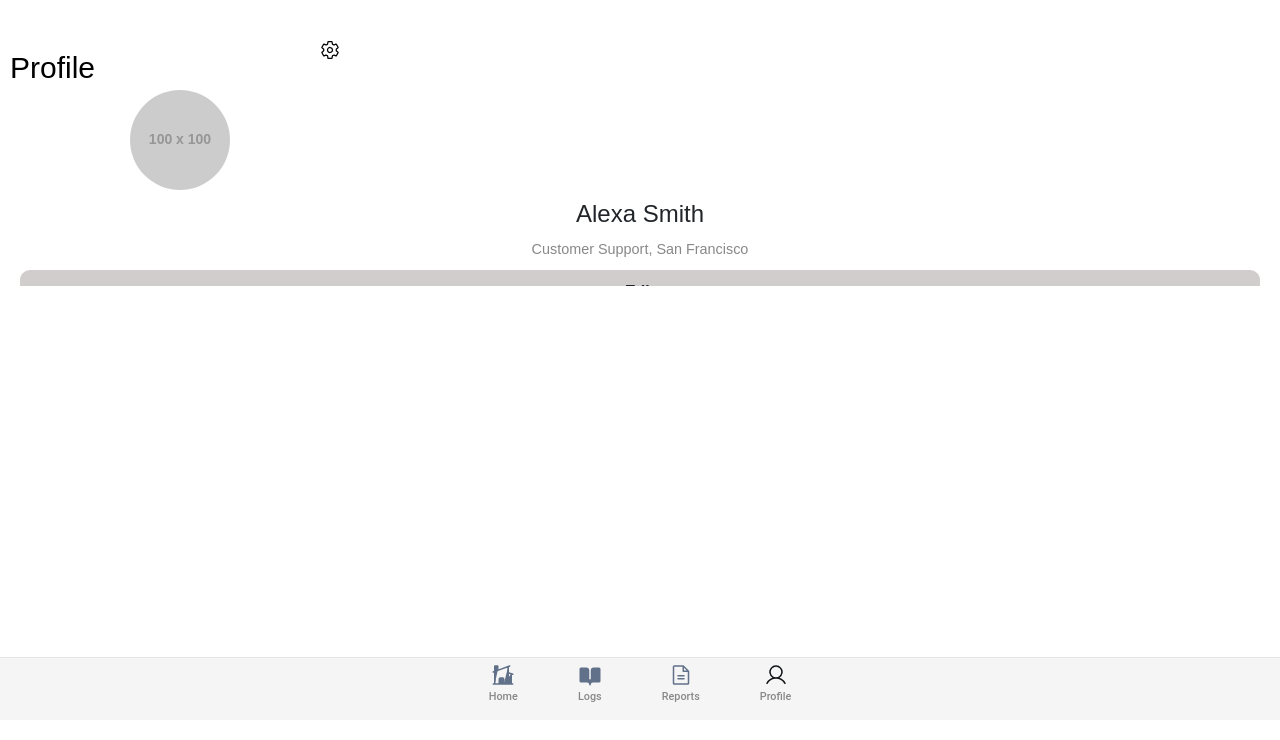
Repository: shash0708/GMR-Lines
Page: /profile (app in frontend/)
The author's editor kept a copy of each file at every save. The page is drawn from the files as they stood at one save, then again after the next save.
The browser window is 1280 px wide. The pictures show the whole page.
The page's requests for data from a server got no answer. Some web libraries are served in a nearby version. The project was rebuilt for these pictures with package versions that can differ from the ones it lists, and the page was loaded fresh each time. No one was signed in, and anything a server would have sent is missing. Also part of the build but not shown: frontend/src/components/Home/Car.css, frontend/src/components/Home/Car.jsx, frontend/src/components/hooks/useDocumentTitle.js, frontend/src/components/Home/Home.css, frontend/src/components/Home/Home.component.jsx, frontend/src/components/Form/Form.component.jsx, frontend/src/components/Card/Card.jsx, frontend/src/components/Card/Card.css and 10 more.

Above is the page before, as saved 2024-10-20 13:48:28.

After the next save:
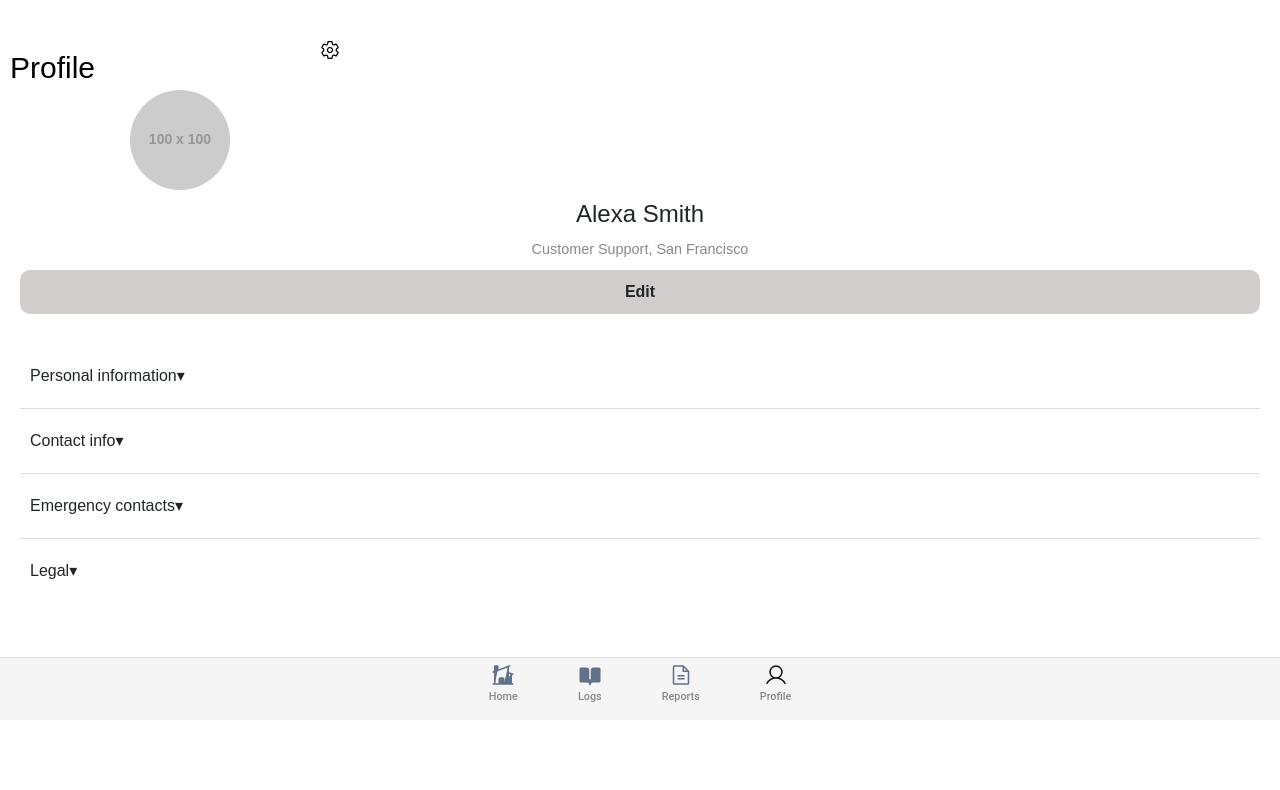
Saved 6 s later.
--- a/frontend/src/components/Profile/Profile.css
+++ b/frontend/src/components/Profile/Profile.css
@@ -36,7 +36,7 @@
     margin-top: 50px;
     /* box-shadow: 0 4px 8px rgba(0, 0, 0, 0.1); */
     width: 100%;
-    height:30vh;
+    height:100vh;
 
     padding: 20px;
   }
